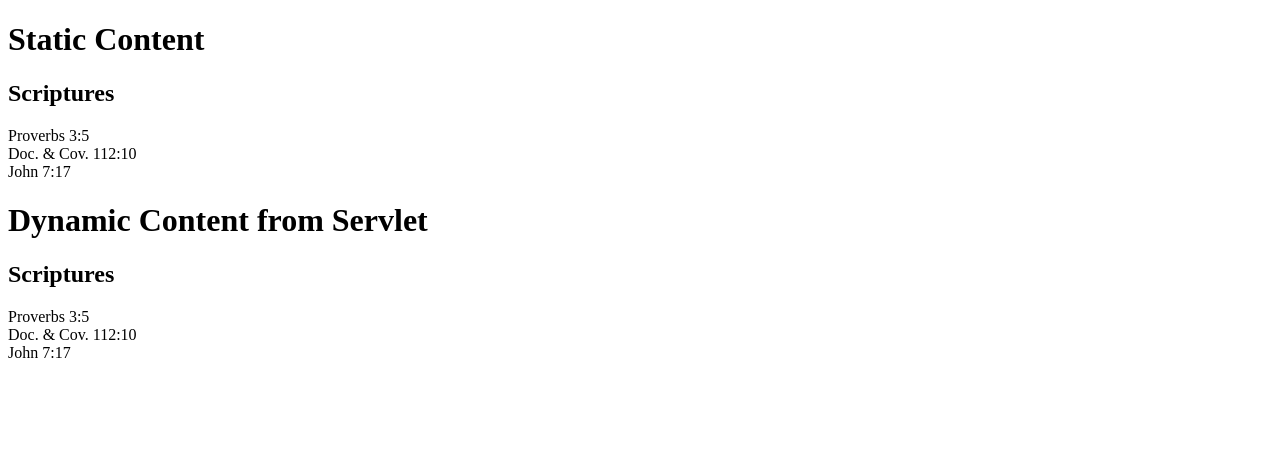
Repository: Bodily-Brad/CS313-Group-Java
Page: http://localhost/8.01/ShowList
An editor plug-in stored every save of this project. The page is shown before and after the next save, followed by the edit.
The browser window is 1280 px wide. The pictures show the whole page.
The page is served by Tomcat 9.

Above is the page before, as saved 2014-11-10 20:43:42.

After the next save:
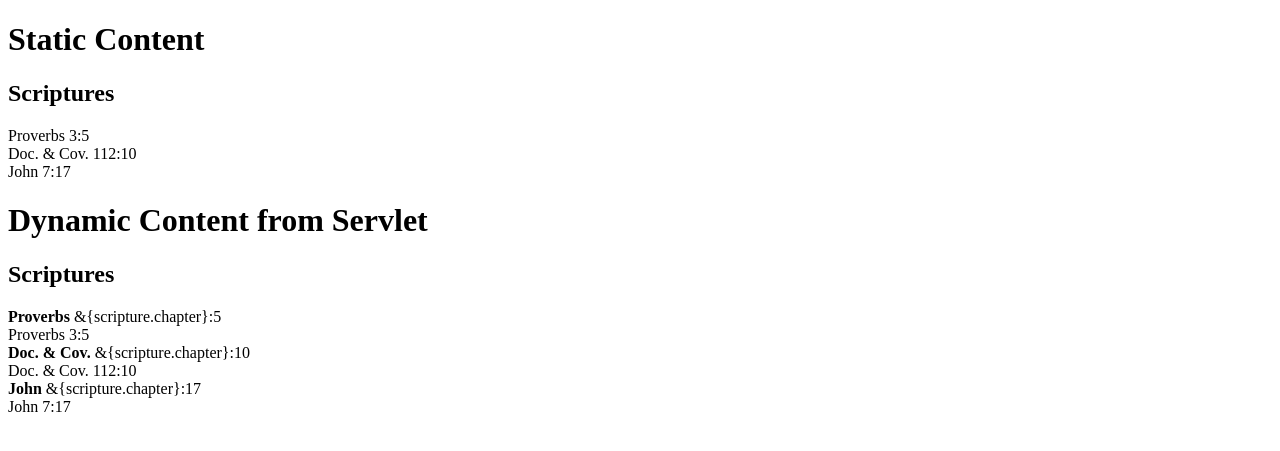
Saved 74 s later.
--- a/8.01/WebContent/scriptureList.jsp
+++ b/8.01/WebContent/scriptureList.jsp
@@ -20,6 +20,7 @@
 		<h1>Dynamic Content from Servlet</h1>
 		<h2>Scriptures</h2>
 		<c:forEach var="scripture" items="${scriptures}">
+			<strong>${scripture.book}</strong> &{scripture.chapter}:${scripture.verse}<br>
 			${scripture}<br>
 		</c:forEach>
 	</div>
